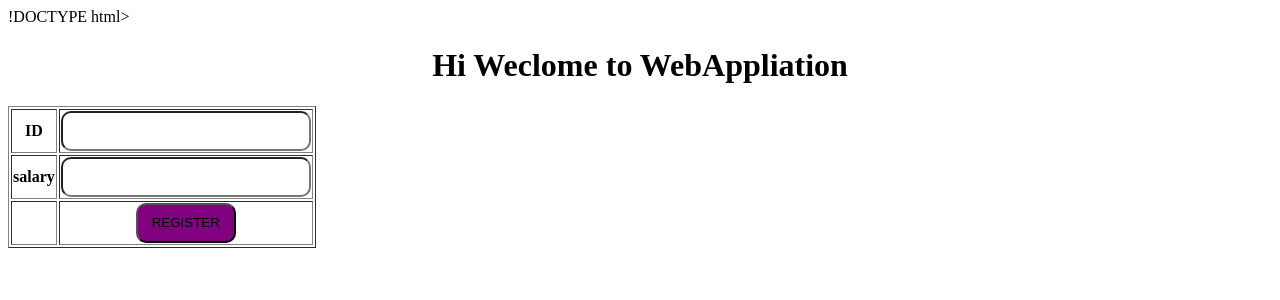
Repository: Surajkande2001/IGTSolution
Page: WebJSP3/src/main/webapp/Update.html
These files come from the project's save history. The page is drawn as it stood at one moment and after the next save; the edit follows.
The browser window is 1280 px wide. The pictures show the whole page.

Above is the page before, as saved 2023-06-30 11:08:16.

### WebJSP3/src/main/webapp/Update.html
!DOCTYPE html>
<html>



<head>
<meta charset="ISO-8859-1">
<title>Insert title here</title>
</head>



<body>
<div style="text-align: center;">
<h1> Hi Weclome to WebAppliation </h1>
<form action="update.jsp">
<table border="1">
<tr>
<th>ID</th>
<th><input type="text" name="uid" style="width: 250px;height: 40px;border-radius: 10px"></th>
</tr>

<tr>

<th>salary</th>
<th><input type="text" name="usalary" style="width: 250px;height: 40px;border-radius: 10px"></th>
</tr>
<tr>
<th></th>
<th><input type="submit" value="REGISTER" style="width: 100px;height: 40px;border-radius: 10px;background-color: purple;"></th>
</tr>
</table>

</form>
</div>
</body>



</html>

After the next save:
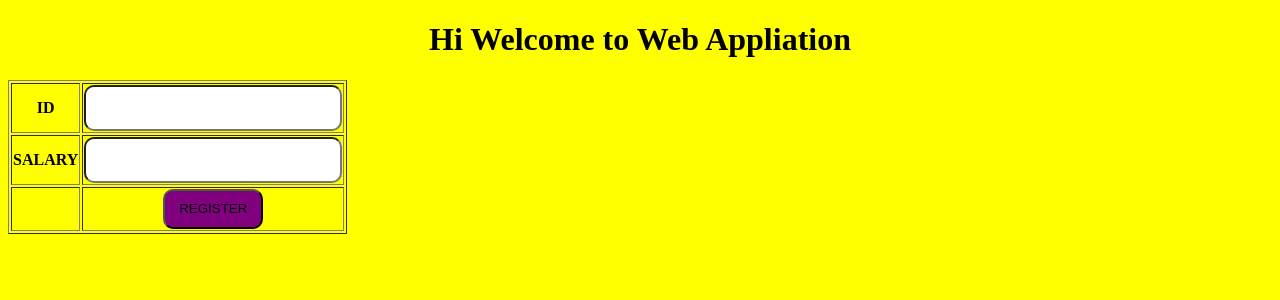
Saved 3 min 31 s later.
--- a/WebJSP3/src/main/webapp/Update.html
+++ b/WebJSP3/src/main/webapp/Update.html
@@ -1,19 +1,19 @@
-!DOCTYPE html>
+<!DOCTYPE html>
 <html>
 
 
 
 <head>
-<meta charset="ISO-8859-1">
+<meta charset="UTF-8">
 <title>Insert title here</title>
 </head>
 
 
 
-<body>
+<body bgcolor="yellow">
 <div style="text-align: center;">
-<h1> Hi Weclome to WebAppliation </h1>
-<form action="update.jsp">
+<h1> Hi Welcome to Web Appliation </h1>
+<form action="Update.jsp">
 <table border="1">
 <tr>
 <th>ID</th>
@@ -21,20 +21,17 @@
 </tr>
 
 <tr>
-
-<th>salary</th>
+<th>SALARY</th>
 <th><input type="text" name="usalary" style="width: 250px;height: 40px;border-radius: 10px"></th>
 </tr>
+
 <tr>
 <th></th>
 <th><input type="submit" value="REGISTER" style="width: 100px;height: 40px;border-radius: 10px;background-color: purple;"></th>
 </tr>
+
 </table>
 
 </form>
 </div>
 </body>
-
-
-
-</html>
